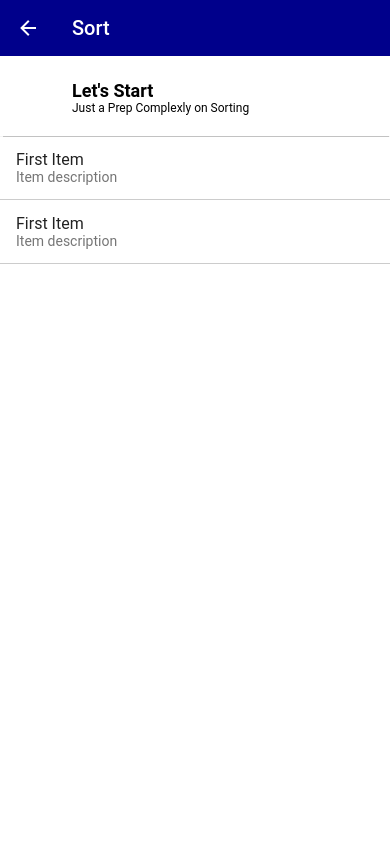
Repository: seyicoded/rn-crazy-algorithm-app
Screen: /, after clicking the first element matching `div.r-transitionProperty-1i6wzkk`
The author's editor kept a copy of each file at every save. The screen is drawn from the files as they stood at one save, then again after the next save.
The app was drawn by React Native's web renderer in a window 390 px wide. The project was rebuilt for these pictures with package versions that can differ from the ones it lists, and the page was loaded fresh each time. Also part of the build but not shown: src/screens/filter.js, src/screens/advance.js.

Above is the screen before, as saved 2022-03-30 17:14:21.

### App.js
import 'react-native-gesture-handler';
import { StatusBar } from 'expo-status-bar';
import { StyleSheet, Text, View } from 'react-native';
import Main from './src/main'
export default function App() {
  return (
    <View style={styles.container}>
      <Main />
      <StatusBar style="auto" />
    </View>
  );
}

const styles = StyleSheet.create({
  container: {
    flex: 1,
    backgroundColor: '#fff',
  },
});

### src/main.js
import { View, Text } from 'react-native'
import React from 'react'
import {NavigationContainer} from '@react-navigation/native'
import {createStackNavigator} from '@react-navigation/stack'
import Home from './screens/index'
import Sort from './screens/sort'
import Filter from './screens/filter'
import Advance from './screens/advance'

const StackNav = createStackNavigator()

export default function Main() {
  return (
    <NavigationContainer>
        <StackNav.Navigator>
            <StackNav.Screen name="Home" options={{headerMode: 'none'}} component={Home} />
            <StackNav.Screen name="Filter" options={{headerMode: 'none'}} component={Filter} />
            <StackNav.Screen name="Sort" options={{headerMode: 'none'}} component={Sort} />
            <StackNav.Screen name="Advance" options={{headerMode: 'none'}} component={Advance} />
        </StackNav.Navigator>
    </NavigationContainer>
  )
}

### src/screens/index.js
import { View, Text, StyleSheet, FlatList, TouchableOpacity } from 'react-native'
import React, {useState, useEffect, useRef} from 'react'
import Header from '../layout/header'
import { List, Avatar, Card, Title, Paragraph, Button } from 'react-native-paper';

const data = [
    {
        id: 'Sort',
        image: 'https://picsum.photos/700',
        title: 'Sort',
    },
    {
        id: 'Filter',
        image: 'https://picsum.photos/700',
        title: 'Filter',
    },
    {
        id: 'Advance',
        image: 'https://picsum.photos/700',
        title: 'Advance',
    },
]

export default function Index({route, navigation}) {
    const [color, setColor] = useState('darkblue');
    var timer = null;
    var ColorChanger = useRef('darkblue');


    useEffect(()=>{
        timer = setInterval(()=>{
            // console.log('.')
            ColorChanger.current = (ColorChanger.current == 'darkblue') ? 'darkred' : 'darkblue';
            setColor(ColorChanger.current);
        }, 1000);
        return ()=>{
            clearInterval(timer);
        }
    }, [])

    const styles = StyleSheet.create({
        container: {
          flex: 1,
          width: '100%',
          backgroundColor: '#fff',
        },
        header: {
            fontSize: 16,
            textAlign: 'center',
            marginTop: 20,
            marginBottom: 20,
            color: color,
            fontWeight: '700',
        },
        list: {
            width: '100%',
        },
        card: {
            // backgroundColor: 'red',
            margin: 20,
            shadowColor: '#000',
            shadowOffset: { width: 0, height: 2 },
            shadowOpacity: 0.8,
            elevation: 4
        }
    });

    return (
        <View style={styles.container}>
            <Header title="Home" visible={false} navigation={navigation} />
            <Text style={styles.header}>Let's Prep Shall We</Text>

            <FlatList
                data={data}
                style={styles.list}
                renderItem={({ item }) => {
                    return (
                        <TouchableOpacity onPress={() => navigation.navigate(item.id, {title: item.title})}>
                            <Card style={styles.card}>
                                <Card.Cover source={{ uri: item.image }} />
                                {/* <Card.Actions style={{justifyContent: 'center'}}>
                                    <Button onPress={()=>navigation.navigate(item.id)}>{item.title}</Button>

                                </Card.Actions> */}

                                <Card.Content style={{justifyContent: 'center'}}>
                                    <Title style={{textAlign: 'center', marginTop:12, color: 'darkblue'}}>{item.title}</Title>
                                </Card.Content>
                            </Card>
                        </TouchableOpacity>
                    )
                }}
                numColumns={1}
            />

            {/* <Card>
                <Card.Cover source={{ uri: 'https://picsum.photos/700' }} />

                <Card.Content>
                    <Title>Card title</Title>
                </Card.Content>
            </Card> */}

        </View>
    )
}

### src/screens/sort.js
import { View, Text, Image, StyleSheet, FlatList } from 'react-native'
import React from 'react'
import { List, Banner } from 'react-native-paper';
import Header from '../layout/header'

const data = [
    {
        id: 'Sort_simple_number',
        title: 'Sort Simple Numbers',
        dscription: 'A simple sorter for numbers, capable of accepting user input and sort.',
    },
    {
        id: 'Sort_aphlabet',
        title: 'Sort Aphlabet',
        dscription: 'A simple sorter for aphla.., capable of accepting user input and sort.',
    },
]
export default function Sort({route, navigation}) {
    const title = route.params.title;

  return (
    <View style={styles.container}>
        <Header title={title} visible={true} navigation={navigation} />
        <Banner
            visible={true}
            actions={[
            ]}
            icon={({size}) => (
                <Image
                source={{
                    uri: 'https://sctidev.com/assets/img/favicon.png',
                }}
                style={{
                    width: size,
                    height: size,
                    borderRadius: 4,
                    elevation: 7,
                }}
                />
            )}>
                <View>
                    <Text style={{fontWeight: '600', fontSize: 18}}>Let's Start</Text>
                    <Text style={{fontSize: 12}}>Just a Prep Complexly on Sorting</Text>
                </View>
        </Banner>

      <FlatList
      data={data}
      renderItem={item=>{
          return (
            <List.Item
            title="First Item"
            description="Item description"
            style={styles.list}
            // left={props => <List.Icon {...props} icon="folder" />}
          />
          )
      }}/>
    </View>
  )
}

const styles = StyleSheet.create({
    container: {
        flex: 1,
        width: '100%',
        backgroundColor: '#fff',
    },
    list: {
        borderBottomWidth: 0.41,
        borderBottomColor: '#ccc',
        shadowColor: '#000',
        shadowOffset: { width: 0, height: 0.01 },
        shadowOpacity: 0.091,
    }
});

### src/layout/header.js
import { View, Text } from 'react-native'
import React, {useState, useEffect} from 'react'
import { Appbar } from 'react-native-paper';

export default function Header({title, visible, navigation}) {
    // const [visible, setVisible] = useState(false);

    if(visible){
        return (
            <Appbar.Header style={{backgroundColor: 'darkblue'}}>
                {
                    (visible) ?
                    <Appbar.BackAction onPress={()=>navigation.goBack()} />
                    :<></>
                }
                <Appbar.Content title={title} />
            </Appbar.Header>
          )
    }else{
        return (
            <Appbar.Header style={{backgroundColor: 'darkblue'}}>
                <Appbar.Content title={title} />
            </Appbar.Header>
          )
    }

}

After the next save:
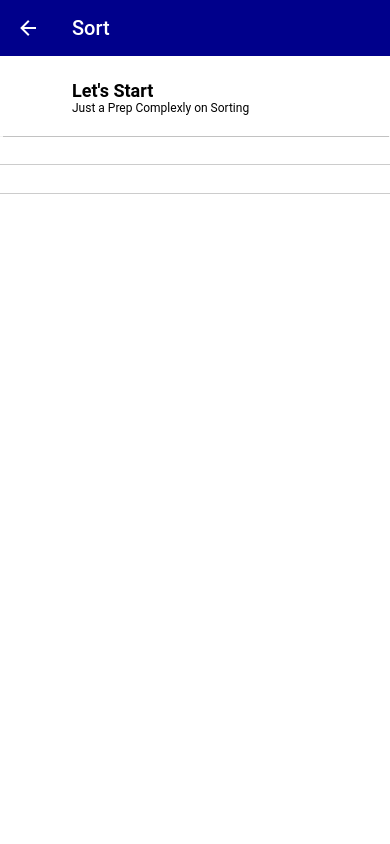
Saved 17 s later.
--- a/src/screens/sort.js
+++ b/src/screens/sort.js
@@ -49,8 +49,8 @@ export default function Sort({route, navigation}) {
       renderItem={item=>{
           return (
             <List.Item
-            title="First Item"
-            description="Item description"
+            title={item.title}
+            description={item.dscription}
             style={styles.list}
             // left={props => <List.Icon {...props} icon="folder" />}
           />
